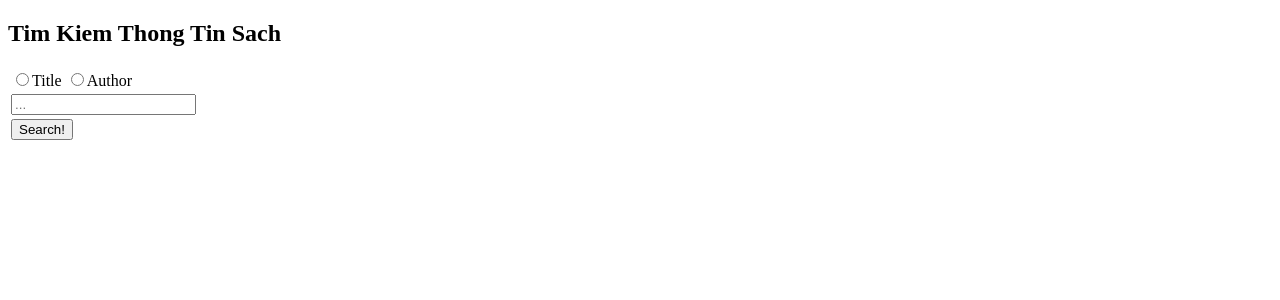
Repository: trangtruc/Java_NangCao
Page: http://localhost/Demo_Database/form.jsp
The author's editor kept a copy of each file at every save. The page is drawn from the files as they stood at one save, then again after the next save.
The browser window is 1280 px wide. The pictures show the whole page.
The page is served by Tomcat 9. Other server files are loaded and not shown.

Above is the page before, as saved 2017-03-11 08:24:06.

### Buoi4/Demo_Database/WebContent/form.jsp
<%@ page language="java" contentType="text/html; charset=ISO-8859-1"
    pageEncoding="ISO-8859-1"%>
<!DOCTYPE html PUBLIC "-//W3C//DTD HTML 4.01 Transitional//EN" "http://www.w3.org/TR/html4/loose.dtd">
<html>
<head>
<meta http-equiv="Content-Type" content="text/html; charset=ISO-8859-1">
<title>Insert title here</title>
</head>
<body>
	<h2>Tim Kiem Thong Tin Sach</h2>
	<form method="POST" action="Access">
	<table>
		<tr>
			<td>
				<input type="radio" name="ra" value="title"/>Title
				<input type="radio" name="ra" value="author"/>Author
			</td>
		</tr>
		<tr>
			<td>
				<input type="text" name="timkiem" placeholder="..."/>
			</td>
		</tr>
		<tr>
			<td>
				<input type="submit" value="Search!" />

			</td>
		</tr>

	</table>
	</form>

</body>
</html>

After the next save:
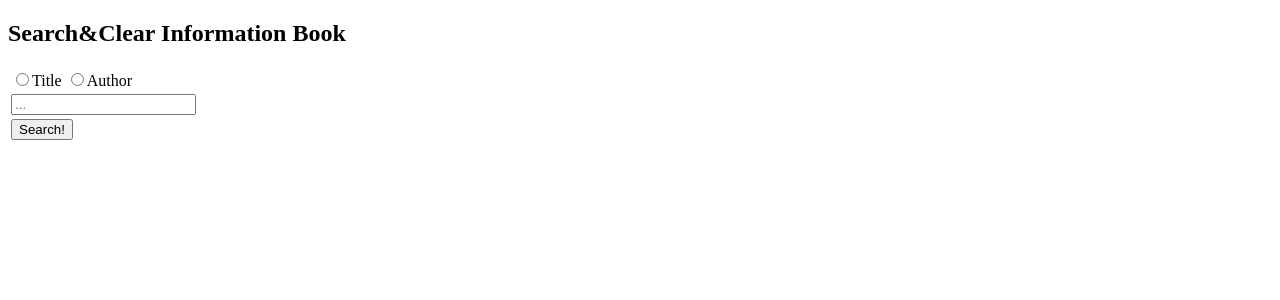
Saved 83 s later.
--- a/Buoi4/Demo_Database/WebContent/form.jsp
+++ b/Buoi4/Demo_Database/WebContent/form.jsp
@@ -7,7 +7,7 @@
 <title>Insert title here</title>
 </head>
 <body>
-	<h2>Tim Kiem Thong Tin Sach</h2>
+	<h2>Search&Clear Information Book</h2>
 	<form method="POST" action="Access">
 	<table>
 		<tr>
